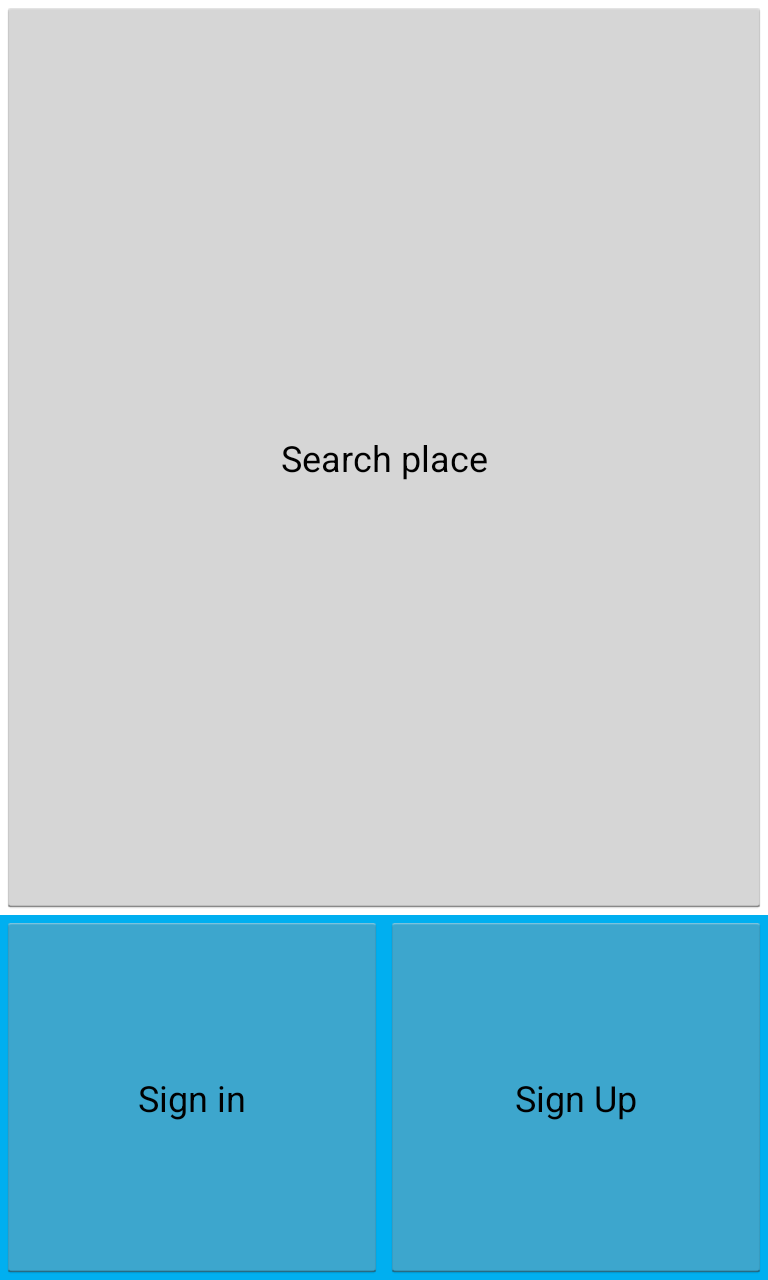
Repository: Rownak/TouristFriend
Layout: android/MainProjectTherapTest/res/layout/front_page_layout.xml
These files come from the project's save history. The layout is drawn as it stood at one moment and after the next save; the edit follows.
It is drawn on a 768 x 1280 px phone screen (xhdpi) without system bars, with theme AppTheme; the app's code is not run.

Above is the layout before, as saved 2014-12-05 16:11:04.

After the next save:
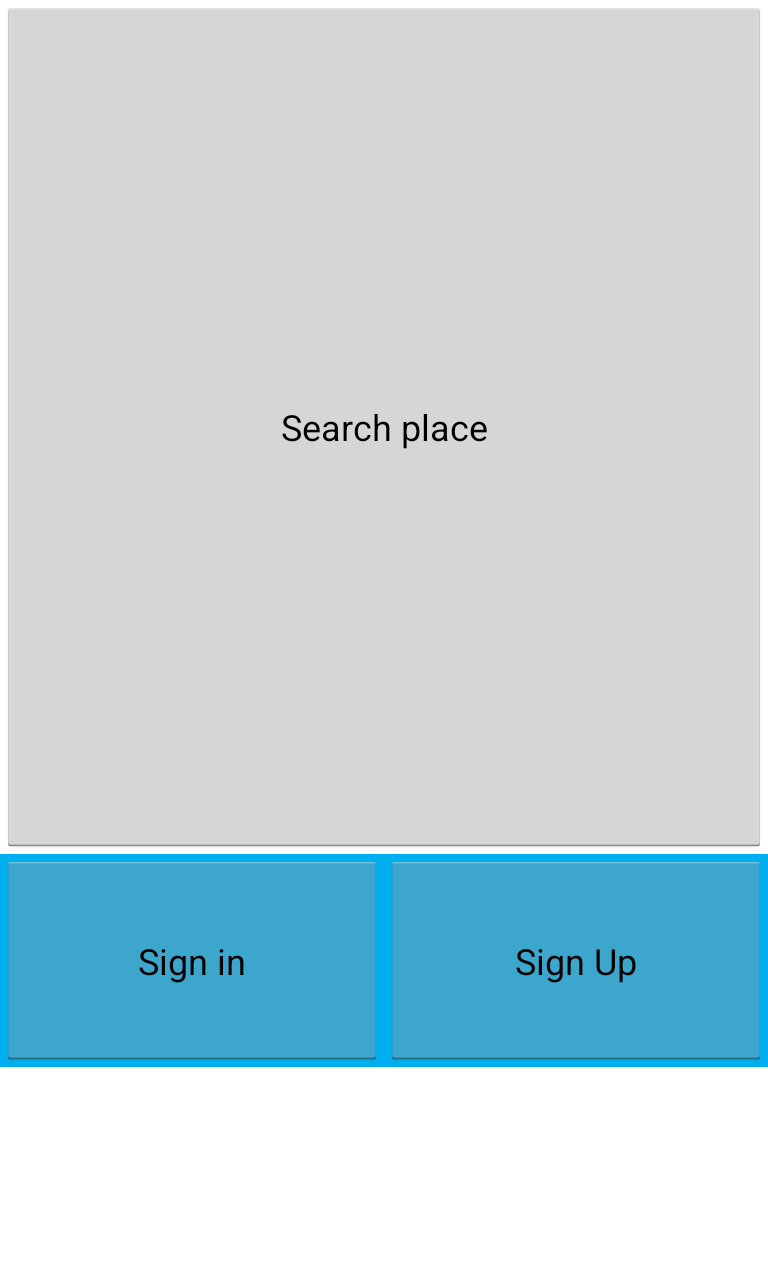
Saved 19 s later.
--- a/android/MainProjectTherapTest/res/layout/front_page_layout.xml
+++ b/android/MainProjectTherapTest/res/layout/front_page_layout.xml
@@ -3,7 +3,7 @@
     android:layout_width="match_parent"
     android:layout_height="match_parent"
     android:orientation="vertical"
-    android:weightSum="7" >
+    android:weightSum="6" >
 
     <LinearLayout
         android:layout_width="fill_parent"
